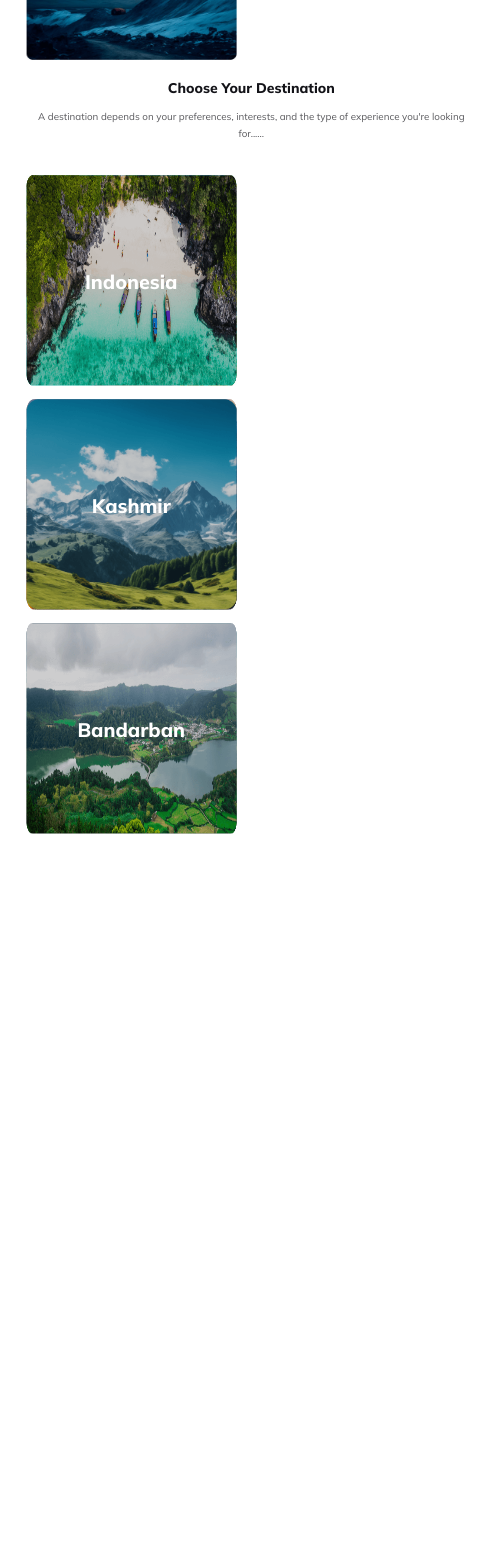
Repository: ShouravAhammed/Assignment-2
Page: index.html
The author's editor kept a copy of each file at every save. The page is drawn from the files as they stood at one save, then again after the next save.
The browser window is 375 px wide. The page is 681 px wide, so the pictures cover 681 px, including what lies to the right of the window. The pictures show the part of the page from y = 1669 to 3909 px (the page is 4143 px tall), at 70% of full size.
Some web libraries are served in a nearby version.

Above is the page before, as saved 2024-01-16 16:12:10.

### index.html
<!DOCTYPE html>
<html lang="en">
<head>
    <meta charset="UTF-8">
    <meta name="viewport" content="width=device-width, initial-scale=1.0">
    <!-- website title -->
    <title>Easy Travel</title>
    <!-- linked font awesome -->
    <script src="https://kit.fontawesome.com/0d98d502eb.js" crossorigin="anonymous"></script>
    <!-- linked favicon -->
    <link rel="shortcut icon" href="Images/Group 40071 (2).png" type="image/x-icon">
    <!-- linked css -->
    <link rel="stylesheet" href="styles/style.css">
</head>
<body>
    <!-- header part start -->
    <header id="header">
        <div class="container">
            <nav class="navigation">
                    <a class="website-name" href="">
                        <img src="Images/Group 40071 (2).png" alt="">
                        <h3 class="web-text">Easy <span class="web-text-color">Travel</span></h3>
                    </a>
                    <input type="checkbox" id="check">
                    <label for="check" class="checkbtn"><i class="fa-solid fa-bars"></i></label>
                    <ul class="nav">
                        <li><a class="active" href="">Home</a></li>
                        <li><a href="">Packages</a></li>
                        <li><a href="">Testimonial</a></li>
                        <li><a href="">Blog</a></li>
                        <li><a href="">Contact</a></li>
                    </ul>
                </nav>

                <section id="banner">
                    <div class="banner-container">
                        <div class="banner-text">
                            <h2 class="banner-title">Explore Your Travel</h2>
                        <p class="banner-description">Share your destination, interests, and preferences, and I'll assist in crafting a personalized itinerary for your unforgettable journey.</p>
                        </div>
                        <form class="banner-form" action="">
                            <input type="text" placeholder="Where go">
                            <select name="" id="">
                                <option value="">When</option>
                                <option value="">10:00pm</option>
                                <option value="">12:00am</option>
                                <option value="">3:00pm</option>
                                <option value="">01:00pm</option>
                            </select>
                            <select name="" id="">
                                <option value="">Select Type</option>
                                <option value="">Maldives</option>
                                <option value="">Srilanka</option>
                                <option value="">Bangladesh</option>
                                <option value="">Bandarban</option>
                                <option value="">North America</option>
                            </select>
                            <button class="primary-btn"><i class="fa-solid fa-magnifying-glass"></i> Find Now</button>
                        </form>
                    </div>
                </section>
        </div>
    </header>
    <!-- header part end -->
    <!-- main part start -->
    <main>
        <section id="tour">
            <div class="container">
                <div class="tour-container">
                    <div class="tour-text">
                        <h3 class="primary-title">Our Popular Tours</h3>
                        <p class="primary-description">Discover scenic wonders, cultural gems, and thrilling adventures with our popular tours—crafted for memorable experiences and lasting memories.</p>
                        <ul class="tour-list">
                            <li>Tempus euismod lacus mauris dignissim quis in ultrices. Magna nullam odio neque diam. Sociis erat at .</li>
                            <li>Adipiscing ornare pellentesque mauris volutpat tortor vitae platea porta lacus. Lectus suspendisse nullam.</li>
                            <li>Amet consectetur. Vulputate commodo felis molestie risus
                                ornare nulla amet et. Libero commodo sagittis dignissim adipiscing quis. Habitant adipiscing risus natoque aliquet. Id bibendum nunc senectus semper tincidunt.
                            </li>
                        </ul>
                        <p class="primary-description">Embark on unforgettable journeys with our popular tours. From cultural escapades to thrilling adventures, our meticulously crafted experiences promise to create lasting memories in breathtaking destinations worldwide.</p>
                        <button class="primary-btn">Read More</button>
                    </div>
                    <div class="tour-img">
                        <img src="Images/Rectangle 4.png" alt="tour-img">
                    </div>
                </div>
            </div>
        </section>
        <!-- destination section part -->
        <section id="destination">
            <div class="container">
                <dive class="destination-container">
                    <div class="destination-text">
                        <h3 class="primary-title">Choose Your Destination</h3>
                    <p class="primary-description">A destination depends on your preferences, interests, and the type of experience you're looking for......</p>
                    </div>
                    <div class="destination-content">
                        <div class="destination-img" id="img1">
                            <img src="Images/Rectangle 5.png" alt="">
                            <h3 class="destination-img-title">Maldives</h3>
                        </div>
                        <div class="destination-img" id="img2">
                            <img src="Images/Rectangle 8.png" alt="">
                            <h3 class="destination-img-title">Indonesia</h3>
                        </div>
                        <div class="destination-img" id="img3">
                            <img src="Images/Rectangle 6.png" alt="">
                            <h3 class="destination-img-title">Srilanka</h3>
                        </div>
                        <div class="destination-img" id="img4">
                            <img src="Images/Rectangle 7.png" alt="">
                            <h3 class="destination-img-title">North America</h3>
                        </div>
                        <div class="destination-img" id="img5">
                            <img src="Images/Rectangle 9.png" alt="">
                            <h3 class="destination-img-title">Kashmir</h3>
                        </div>
                        <div class="destination-img" id="img6">
                            <img src="Images/Rectangle 11.png" alt="">
                            <h3 class="destination-img-title">Bangladesh</h3>
                        </div>
                        <div class="destination-img" id="img7">
                            <img src="Images/Rectangle 10.png" alt="">
                            <h3 class="destination-img-title">Bandarban</h3>
                        </div>
                    </div>
                </dive>
            </div>
        </section>
    </main>
    <!-- main part end -->
    <!-- footer part start -->
    <footer>

    </footer>
    <!-- footer part end -->
</body>
</html>

### styles/style.css
/* Import Fonts From Google Fonts */
@import url('https://fonts.googleapis.com/css2?family=Mulish:ital,wght@0,200;0,300;0,400;0,500;0,600;0,700;0,800;0,900;0,1000;1,200;1,300;1,400;1,500;1,600;1,700;1,800;1,900;1,1000&display=swap');@import url('https://fonts.googleapis.com/css2?family=Mulish:ital,wght@0,200;0,300;0,400;0,500;0,600;0,700;0,800;0,900;0,1000;1,200;1,300;1,400;1,500;1,600;1,700;1,800;1,900;1,1000&display=swap');

/* color clearance */
:root{
    --primary-color: #FF5400;
    --secondary-color: #131318;
    --third-color: #fff;
}

/* all default size off */
*{
    margin: 0;
    padding: 0;
    outline: 0;
    box-sizing: border-box;
}
/* container display measuring size*/
.container{
    width: 80%;
    margin: 0 auto;
}
/* primary title, description and button */
.primary-title{
    color: var(--secondary-color);
    font-family: Mulish;
    font-size: 2.5rem;
    font-weight: 800;
}
.primary-description{
    color: rgba(19, 19, 24, 0.70);
    font-family: Mulish;
    font-size: 1rem;
    font-weight: 400;
    line-height: 26px;
    margin: 16px 0;
}
/* navigation css style */
.navigation{
    display: flex;
    align-items: center;
    justify-content: space-between;
    margin: 40px 0;
}
.website-name{
    display: flex;
    align-items: center;
    gap: 16px;
    text-decoration: none;
}
.website-name img{
    width: 48px;
}
.website-name .web-text{
    color: var(--secondary-color);
    font-family: Mulish;
    font-size: 2.25rem;
    font-weight: 800;
}
.website-name .web-text-color{
    color: var(--primary-color);
}


.checkbtn{
    font-size: 1.75rem;
    color: #131318;
    display: none;
}
#check{
    display: none;
}



.navigation > .nav{
    display: flex;
    align-items: center;
    gap: 44px;
}
.nav > li{
    list-style: none;
}
.nav > li a{
    color: #424247;
    font-family: Mulish;
    font-size: 1.125rem;;
    font-weight: 400;
    text-decoration: none;
    transition: all ease 0.3s;
}
.nav > li a.active, .nav > li a:hover{
    color: var(--primary-color);
}

#banner{
    background-image: linear-gradient(180deg, rgba(19, 19, 24, 0.80) 0%, rgba(19, 19, 24, 0.00) 100%), url(../Images/Group13.png);
    background-position: center;
    background-size: cover;
    background-repeat: no-repeat;
    height: 80vh;
    border-radius: 16px;
}
.banner-text{
    padding-top: 106px;
    width: 676px;
    margin: 0 auto 48px auto;
    text-align: center;
}
.banner-text .banner-title{
    color: #FFF;
    font-family: Mulish;
    font-size: 4rem;
    font-weight: 800;
}
.banner-text .banner-description{
    color: #FFF;
    font-family: Mulish;
    font-size: 1rem;
    font-weight: 400;
    line-height: 26px;
    margin-top: 24px;
}
.banner-form{
    border-radius: 8px;
    background: rgba(255, 255, 255, 0.30);
    width: 816px;
    padding: 16px 0px;
    margin: 0 auto;
    text-align: center;
    display: flex;
    align-items: center;
    justify-content: space-evenly;
}
.banner-form input, .banner-form select{
    color: rgba(19, 19, 24, 0.50);
    border-radius: 8px;
    background: #FFF;
    font-family: Mulish;
    font-size: 1rem;
    font-weight: 400;
    padding: 14px;
    border: 2px solid transparent;
    transition: all ease 0.5s;
    width: 200px;
}
.banner-form input:hover{
    border: 2px solid var(--primary-color);
}
.banner-form select:hover{
    border: 2px solid var(--primary-color);
}
.primary-btn{
    color: #FFF;
    font-family: Mulish;
    font-size: 16px;
    font-weight: 700;
    border-radius: 8px;
    background: #FF5400;
    border: none;
    padding: 14px 25px;
    border:  2px solid transparent;
    transition: all ease 0.5s;
}
.primary-btn:hover{
    border: 2px solid var(--primary-color);
    background: #fff;
    color: var(--primary-color);
}



/* tour section css style */
#tour{
    margin: 100px 0;
}
.tour-container{
    display: flex;
    gap: 53px;
    align-items: center;
}
.tour-text{
    width: 47%;
}
.tour-img{
    width: 52%;
}
.tour-img img{
    width: 100%;
}
.tour-list > li{
    color: rgba(19, 19, 24, 0.70);
    font-family: Mulish;
    font-size: 1rem;
    font-weight: 400;
    line-height: 26px;
}
/* destination section css style */

.destination-text{
    width: 643px;
    margin: 0 auto;
    text-align: center;
}
.destination-content{
    display: grid;
    grid-template-columns: repeat(12, 1fr);
    grid-template-rows: repeat(3, 1fr);
    gap: 24px;
    margin-top: 48px;
}
.destination-img {
    position: relative;
    transition: all ease 0.3s;
}
.destination-img:hover{
    filter: grayscale(1);
    transform: scale(1.03);
}
.destination-img .destination-img-title{
    position: absolute;
    top: 0;
    left: 0;
    width: 100%;
    height: 100%;
    display: flex;
    align-items: center;
    justify-content: center;
    color: #FFF;
    font-family: Mulish;
    font-size: 1.75rem;
    font-weight: 800;
}
.destination-img img{
    width: 100%;
    height: 300px;
}
#img1{
    grid-column: 1/ span 6;
    grid-row: 1/ span 1;
}
#img2{
    grid-column: 7/ span 6;
    grid-row: 1/ span 1;
}
#img3{
    grid-column: 1/ span 4;
    grid-row: 2/ span 1;
}
#img4{
    grid-column: 5/ span 5;
    grid-row: 2/ span 1;
}
#img5{
    grid-column: 10/ span 3;
    grid-row: 2/ span 1;
}
#img6{
    grid-column: 1/ span 5;
    grid-row: 3/ span 1;
}
#img7{
    grid-column: 6/ span 7;
    grid-row: 3/ span 1;
}










/* mobile device */
@media only screen and (max-width: 576px){


    /* primary  */
    .primary-title{
        font-size: 1.25rem;
    }
    .primary-description{
        font-size: 0.875rem;
        line-height: 24px;
    }









    /* navigation mobile device part css style */
    .navigation{
        margin: 35px 0;
    }
    .checkbtn{
        display: block;
    }
    .navigation > .nav{
        flex-direction: column;
        gap: 20px;
        padding-top: 30px;
        position: fixed;
        width: 100%;
        height: 50vh;
        background: #fff;
        top: 80px;
        left: -100%;
        text-align: center;
        transition: all ease 0.3s;
    }
    #check{
        display: none;
    }
    #check:checked ~ ul{
        left: 0;
    }

    /* banner mobile device section css style */
    .banner-text {
        padding-top: 32px;
        width: 100%;
        margin-bottom: 32px;
    }
    .banner-text .banner-title{
        font-size: 1.375rem;
    }
    .banner-text .banner-description{
        font-size: 0.875rem;
        line-height: 21px;
    }
    .banner-form input, .banner-form select{
        width: 100%;
    }
    .banner-form {
        width: 85%;
        padding: 16px 20px;
        flex-direction: column;
        gap: 16px;
    }


    /* tour mobile device section css style */
    #tour{
        margin: 24px 0;
    }
    .tour-container {
        gap: 24px;
        flex-direction: column;
    }
    .tour-text{
        width: 100%;
    }
    .tour-list > li{
        font-size: 0.875rem;
        line-height: 24px;
    }
    .tour-img{
        width: 100%;
    }

    /* destination mobile device section css style */
    .destination-content{
        display: grid;
        grid-template-columns: repeat(12, 1fr);
        grid-template-rows: repeat(7, 1fr);
        gap: 16px;
    }
    #img1{
        grid-column: 1/ span 12;
        grid-row: 1/ span 1;
    }
    #img2{
        grid-column: 1/ span 12;
        grid-row: 1/ span 1;
    }
    #img3{
        grid-column: 1/ span 12;
        grid-row: 2/ span 1;
    }
    #img4{
        grid-column: 1/ span 12;
        grid-row: 2/ span 1;
    }
    #img5{
        grid-column: 1/ span 12;
        grid-row: 2/ span 1;
    }
    #img6{
        grid-column: 1/ span 12;
        grid-row: 3/ span 1;
    }
    #img7{
        grid-column: 1/ span 12;
        grid-row: 3/ span 1;
    }

}

After the next save:
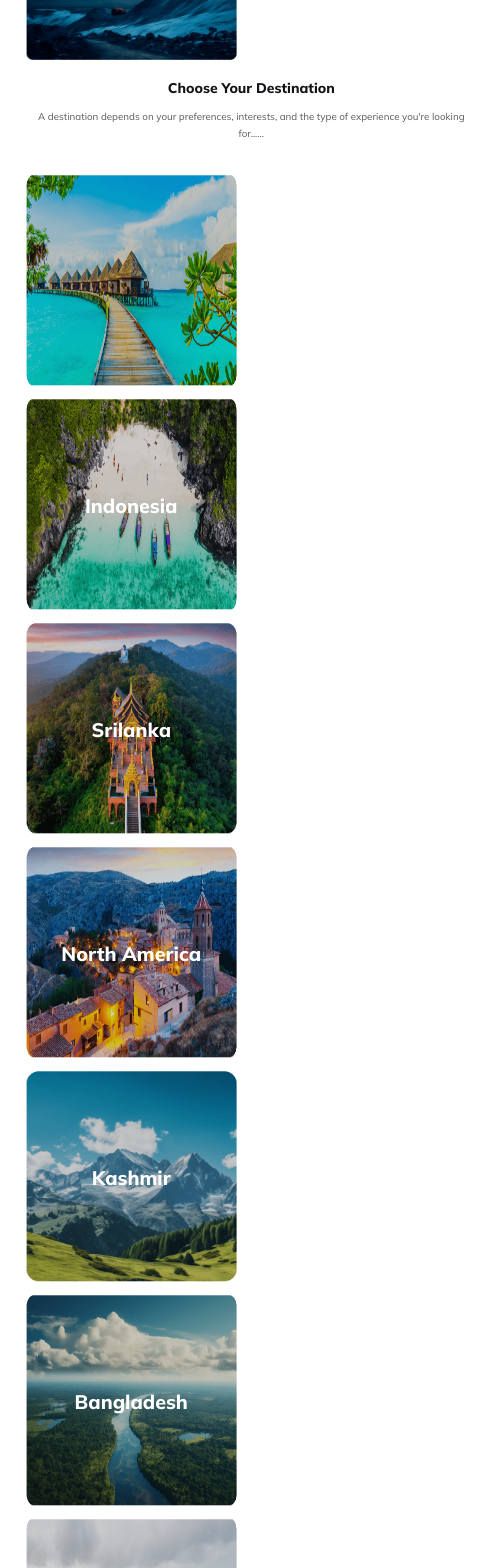
Saved 93 s later.
--- a/styles/style.css
+++ b/styles/style.css
@@ -373,31 +373,31 @@
     }
     #img1{
         grid-column: 1/ span 12;
-        grid-row: 1/ span 1;
+        grid-row: 1/ span 7;
     }
     #img2{
         grid-column: 1/ span 12;
-        grid-row: 1/ span 1;
+        grid-row: 2/ span 1;
     }
     #img3{
         grid-column: 1/ span 12;
-        grid-row: 2/ span 1;
+        grid-row: 3/ span 1;
     }
     #img4{
         grid-column: 1/ span 12;
-        grid-row: 2/ span 1;
+        grid-row: 4/ span 1;
     }
     #img5{
         grid-column: 1/ span 12;
-        grid-row: 2/ span 1;
+        grid-row: 5/ span 1;
     }
     #img6{
         grid-column: 1/ span 12;
-        grid-row: 3/ span 1;
+        grid-row: 6/ span 1;
     }
     #img7{
         grid-column: 1/ span 12;
-        grid-row: 3/ span 1;
-    }
-
-}
+        grid-row: 7/ span 1;
+    }
+
+}
